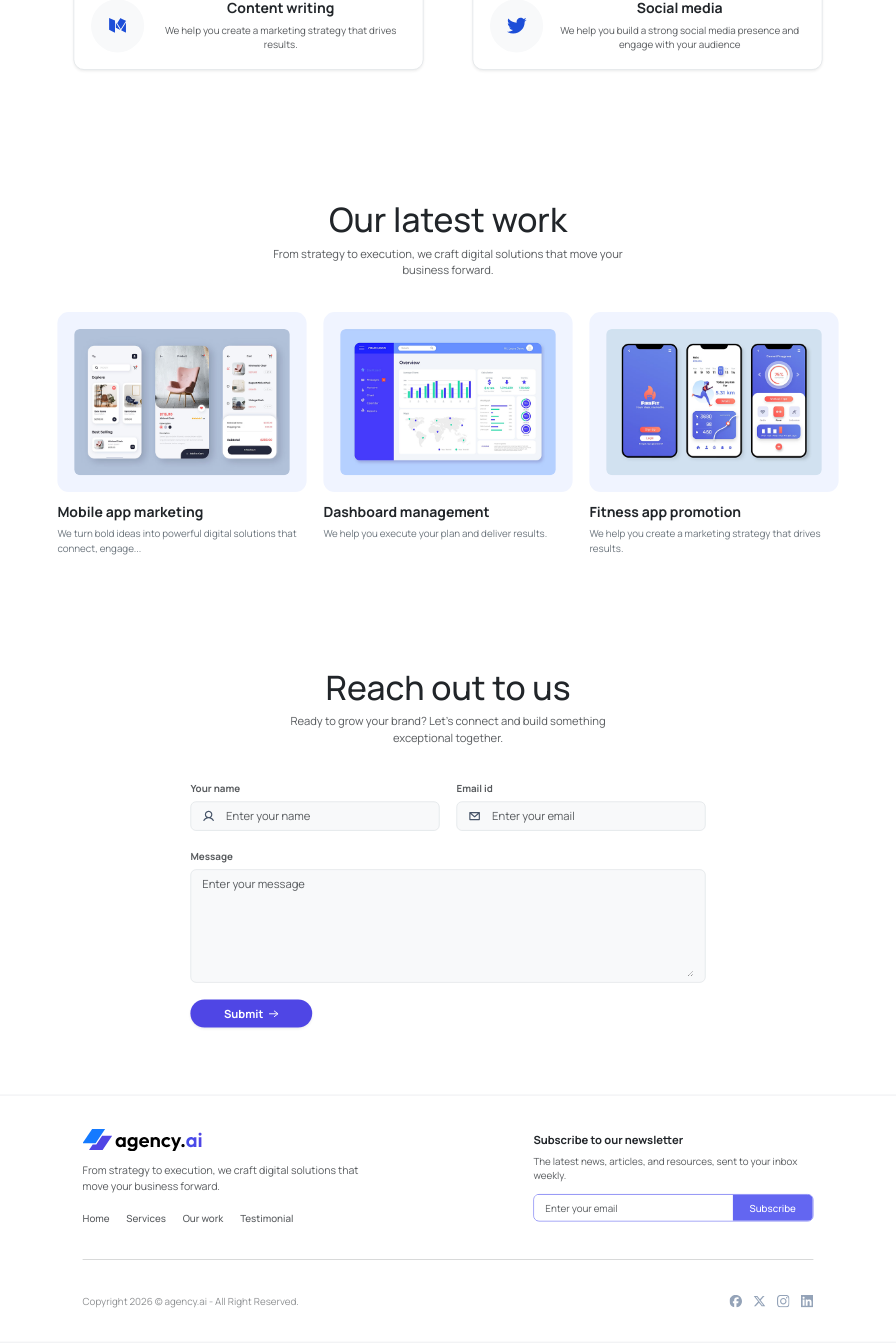
Repository: RAMADAN975/modern-agency-portfolio
Page: /
An editor plug-in stored every save of this project. The page is shown before and after the next save, followed by the edit.
The browser window is 1280 px wide. The pictures show the part of the page from y = 1677 to 3597 px (the page is 3595 px tall before and 3597 px after), at 70% of full size.
The project was rebuilt for these pictures with package versions that can differ from the ones it lists, and the page was loaded fresh each time. Also part of the build but not shown: vite.config.js.

Above is the page before, as saved 2026-03-24 23:37:36.

### index.html
<!doctype html>
<html lang="en" class="scroll-smooth">

<head>
  <meta charset="UTF-8" />
  <link rel="icon" type="image/svg+xml" href="/favicon.svg" />
  <meta name="viewport" content="width=device-width, initial-scale=1.0" />
  <title>Agency.AI - GreatStack</title>
</head>

<body>
  <div id="root"></div>
  <script type="module" src="/src/main.jsx"></script>
</body>

</html>

### src/main.jsx
import { StrictMode } from 'react'
import { createRoot } from 'react-dom/client'
import 'bootstrap/dist/css/bootstrap.min.css';
import './index.css'
import App from './App.jsx'

createRoot(document.getElementById('root')).render(
  <StrictMode>
    <App />
  </StrictMode>,
)

### src/App.jsx
import { useState } from 'react'
import Navbar from './Components/navbar'
import Hero from './Components/Hero'
import TrustedBy from './Components/TrustedBy'
import Services from './Components/Services'
import OutWork from './Components/OurWork'
import ContactUs from './Components/ContactUs'
import { Toaster } from 'react-hot-toast'
import Footer from './Components/Footer'

const App = () => {

  const [theme, setTheme] = useState(localStorage.getItem('theme') ? localStorage.getItem('theme') : 'light')

  return (
    <div className='dark:bg-black relative'>
      <Toaster />
      <Navbar theme={theme} setTheme={setTheme} />
      <Hero />
      <TrustedBy />
      <Services />
      <OutWork />
      <ContactUs />
      <Footer theme={theme} />
    </div>
  )
}

export default App

### src/Components/Hero.jsx
import React from 'react'
import assets from '../assets/assets'

const Hero = () => {
    return (
        // تم استخدام d-flex flex-column للترتيب، و py-5 للمسافات
        <div id='hero' className="d-flex flex-column align-items-center gap-4 py-5 px-3 text-center w-100 overflow-hidden text-secondary">

            {/* الشارة العليا - Trusted Badge */}
            <div className="d-inline-flex align-items-center gap-2 border border-secondary-subtle p-1 pe-3 rounded-pill bg-body">
                <img style={{ width: '80px' }} src={assets.group_profile} alt="" />
                <p className="mb-0 small fw-medium">Trusted by 10k+ people</p>
            </div>

            {/* العنوان الرئيسي - Heading */}
            <h1 className="display-4 fw-bold lh-sm mt-3" style={{ maxWidth: '800px' }}>
                Turning imagination into <br />
                <span className="text-gradient">digital</span> impact.
            </h1>

            {/* الوصف - Description */}
            <p className="text-secondary fw-medium mx-auto pb-3" style={{ maxWidth: '500px', fontSize: '1.1rem' }}>
                Creating meaningful connections and turning big ideas into interactive digital experiences.
            </p>

            {/* منطقة الصور - Image Section */}
            <div className="position-relative w-100 d-flex justify-content-center">
                {/* الصورة الأساسية */}
                <img src={assets.hero_img} alt="Hero" className="img-fluid position-relative z-1" style={{ maxWidth: '1000px' }} />

                {/* الصورة الزرقاء (الخلفية) - تم استخدام اختصارات الموضع */}
                {/* <img
                    src={assets.bgImage1}
                    alt=""
                    className="position-absolute top-0 end-0 translate-middle-y z-n1 d-none d-md-block"
                    style={{ width: '50%', opacity: 0.6, right: '-10%', pointerEvents: 'none' }}
                /> */}
            </div>

        </div>
    )
}

export default Hero

### src/Components/TrustedBy.jsx
import React from 'react'
import { company_logos } from '../assets/assets'

const TrustedBy = () => {
    return (
        <div className="container text-center py-5 mt-4">
            {/* p-small و fw-medium لاختصار العنوان */}
            <p className="text-secondary mb-5" style={{ fontSize: '14px', letterSpacing: '0.5px' }}>
                Trusted by Leading Companies
            </p>

            {/* d-flex مع gap-5 لتوزيع الشعارات بوضوح وقوة لون كاملة */}
            <div className="d-flex flex-wrap justify-content-center align-items-center gap-4 gap-md-5">
                {company_logos.map((logo, index) => (
                    <img
                        key={index}
                        src={logo}
                        alt="brand"
                        style={{ height: '22px', width: 'auto', objectFit: 'contain' }}
                    />
                ))}
            </div>
        </div>
    )
}

export default TrustedBy

### src/Components/Services.jsx
import React from 'react'
import assets from '../assets/assets'
import Title from './Title'
import ServiceCard from './ServiceCard'

const Services = () => {

    const servicesData = [
        {
            title: 'Advertising',
            description: 'We turn bold ideas into powerful digital solutions that connect, engage...',
            icon: assets.ads_icon
        },
        {
            title: 'Content marketing',
            description: 'We help you execute your plan and deliver results.',
            icon: assets.marketing_icon
        },
        {
            title: 'Content writing',
            description: 'We help you create a marketing strategy that drives results.',
            icon: assets.content_icon
        },
        {
            title: 'Social media',
            description: 'We help you build a strong social media presence and engage with your audience',
            icon: assets.social_icon
        },
    ]

    return (
        <div id="services" className="position-relative text-center text-dark py-5">

            {/* <img
                src={assets.bgImage2}
                alt=""
                className="position-absolute top-50 start-50 translate-middle bg-image"
                style={{ zIndex: -1 }}
            /> */}

            <div className="container">

                <Title
                    title="How can we help?"
                    desc="From strategy to execution, we craft digital solutions that move your business forward."
                />

                <div className="row justify-content-center mt-4">
                    {servicesData.map((service, index) => (
                        <div key={index} className="col-12 col-md-6 mb-4">
                            <ServiceCard service={service} index={index} />
                        </div>
                    ))}
                </div>

            </div>
        </div>
    )
}

export default Services

### src/Components/Footer.jsx
import React from 'react'
import assets from '../assets/assets'

const Footer = ({ theme }) => {
    const isDark = theme === 'dark';

    return (
        // الخلفية الرئيسية للفوتر مع حدود علوية وسفلية واضحة
        <div className={`container-fluid py-5 mt-5 ${isDark ? 'bg-dark text-white' : 'bg-white text-dark'}`}
            style={{
                borderTop: `1px solid ${isDark ? '#333' : '#e5e7eb'}`,
                borderBottom: `1px solid ${isDark ? '#333' : '#e5e7eb'}`
            }}>

            <div className="container px-md-5">
                {/* الجزء العلوي: توزيع متوازن وليس متباعداً جداً */}
                <div className="row gy-4 align-items-center justify-content-between">

                    {/* الجانب الأيسر: اللوجو والروابط */}
                    <div className="col-lg-6">
                        <img
                            src={isDark ? assets.logo_dark : assets.logo}
                            alt="logo"
                            className="mb-3"
                            style={{ height: '32px' }}
                        />
                        <p className="opacity-75 mb-4" style={{ maxWidth: '420px', fontSize: '15px' }}>
                            From strategy to execution, we craft digital solutions that move your business forward.
                        </p>

                        <div className="d-flex gap-4">
                            {['Home', 'Services', 'Our work', 'Testimonial'].map((item) => (
                                <a key={item} href={`#${item.toLowerCase().replace(' ', '-')}`}
                                    className="text-decoration-none text-reset opacity-75 small fw-medium">
                                    {item}
                                </a>
                            ))}
                        </div>
                    </div>

                    {/* الجانب الأيمن: حقل الاشتراك (الحدود واللون اللبني) */}
                    <div className="col-lg-5">
                        <div className="d-flex flex-column align-items-lg-end">
                            <div className="text-lg-start w-100" style={{ maxWidth: '400px' }}>
                                <h6 className="fw-bold mb-2">Subscribe to our newsletter</h6>
                                <p className="opacity-75 small mb-3">The latest news, articles, and resources, sent to your inbox weekly.</p>

                                {/* حقل الإدخال مع حدود ملونة بنفس لون الزر */}
                                <div className="input-group overflow-hidden"
                                    style={{
                                        borderRadius: '8px',
                                        border: '1px solid #6366f1' // الحدود اللبنية الملونة
                                    }}>
                                    <input
                                        type="email"
                                        placeholder="Enter your email"
                                        className={`form-control border-0 shadow-none py-2 px-3 ${isDark ? 'bg-transparent text-white' : ''}`}
                                        style={{ fontSize: '14px' }}
                                    />
                                    <button
                                        className="btn px-4 fw-medium text-white border-0"
                                        style={{
                                            backgroundColor: '#6366f1', // اللون اللبني المائل للبنفسجي
                                            fontSize: '14px'
                                        }}
                                    >
                                        Subscribe
                                    </button>
                                </div>
                            </div>
                        </div>
                    </div>
                </div>

                {/* خط فاصل داخلي رفيع */}
                <hr className="my-5 opacity-10" />

                {/* الجزء السفلي: الحقوق والسوشيال ميديا */}
                <div className="d-flex flex-column flex-md-row justify-content-between align-items-center gap-3">
                    <p className="small opacity-50 mb-0">
                        Copyright 2026 © agency.ai - All Right Reserved.
                    </p>

                    <div className="d-flex gap-3">
                        {[assets.facebook_icon, assets.twitter_icon, assets.instagram_icon, assets.linkedin_icon].map((icon, i) => (
                            <img
                                key={i} src={icon} alt="social" className="opacity-50"
                                style={{
                                    width: '18px',
                                    filter: isDark ? 'brightness(0) invert(1)' : 'none'
                                }}
                            />
                        ))}
                    </div>
                </div>
            </div>
        </div>
    )
}

export default Footer;

### src/Components/ThemeToggleBtn.jsx
import { useEffect } from 'react'
import assets from '../assets/assets'

const ThemeToggleBtn = ({ theme, setTheme }) => {

    useEffect(() => {
        // التحقق من التفضيل المحفوظ أو تفضيل النظام
        const savedTheme = localStorage.getItem('theme');
        const prefersDarkMode = window.matchMedia('(prefers-color-scheme: dark)').matches;

        const initialTheme = savedTheme || (prefersDarkMode ? 'dark' : 'light');
        setTheme(initialTheme);
    }, []);

    useEffect(() => {
        if (theme) {
            // بوتستراب v5.3 يعتمد على سمة data-bs-theme بدلاً من كلاس dark
            document.documentElement.setAttribute('data-bs-theme', theme);

            // للحفاظ على التوافق مع أي تنسيقات قديمة تعتمد على الكلاس
            if (theme === 'dark') {
                document.documentElement.classList.add('dark');
            } else {
                document.documentElement.classList.remove('dark');
            }

            localStorage.setItem('theme', theme);
        }
    }, [theme]);

    return (
        <button className="btn p-0 border-0 shadow-none" type="button">
            {theme === 'dark' ? (
                <img
                    onClick={() => setTheme('light')}
                    src={assets.sun_icon}
                    className="border border-secondary rounded-circle p-1"
                    style={{ width: '34px', height: '34px', objectFit: 'contain' }}
                    alt="Light Mode"
                />
            ) : (
                <img
                    onClick={() => setTheme('dark')}
                    src={assets.moon_icon}
                    className="border border-secondary rounded-circle p-1"
                    style={{ width: '34px', height: '34px', objectFit: 'contain' }}
                    alt="Dark Mode"
                />
            )}
        </button>
    )
}

export default ThemeToggleBtn;

### src/Components/Title.jsx
import React from 'react'

const Title = ({ title, desc }) => {
    return (
        <div className="text-center">
            <h2 className="fw-medium display-5">{title}</h2>
            <p className="mx-auto text-muted mb-4" style={{ maxWidth: "500px" }}>
                {desc}
            </p>
        </div>
    )
}

export default Title

### src/Components/ServiceCard.jsx
import React, { useRef, useState } from 'react'

const ServiceCard = ({ service, index }) => {

    const [position, setPosition] = useState({ x: 0, y: 0 })
    const [visible, setVisible] = useState(false)

    const divRef = useRef(null)

    const handleMouseMove = (e) => {
        const bounds = divRef.current.getBoundingClientRect()
        setPosition({
            x: e.clientX - bounds.left,
            y: e.clientY - bounds.top
        })
    }

    return (
        <div
            className="position-relative overflow-hidden card shadow-sm border mb-3 mx-auto"
            style={{ maxWidth: "500px", borderRadius: "15px" }}
            onMouseEnter={() => setVisible(true)}
            onMouseLeave={() => setVisible(false)}
            onMouseMove={handleMouseMove}
            ref={divRef}
        >

            {/* Glow Effect */}
            <div
                className="position-absolute rounded-circle"
                style={{
                    width: "300px",
                    height: "300px",
                    background: "linear-gradient(to right, #0d6efd, #6610f2, #6f42c1)",
                    filter: "blur(100px)",
                    top: position.y - 150,
                    left: position.x - 150,
                    opacity: visible ? 0.6 : 0,
                    transition: "opacity 0.5s",
                    zIndex: 0
                }}
            />

            <div className="d-flex align-items-center p-4 position-relative" style={{ zIndex: 1 }}>

                <div className="bg-light rounded-circle p-2 me-3">
                    <img
                        src={service.icon}
                        alt=""
                        style={{ width: "60px", height: "60px", borderRadius: "50%" }}
                    />
                </div>

                <div className="flex-grow-1">
                    <h5 className="fw-bold">{service.title}</h5>
                    <p className="mb-0 small text-muted">{service.description}</p>
                </div>

            </div>

        </div>
    )
}

export default ServiceCard

Loaded but not shown: src/assets/assets.js (82 lines, source omitted); src/Components/ContactUs.jsx (77 lines, source omitted); src/index.css (139 lines, source omitted); src/Components/navbar.jsx (57 lines, source omitted); src/Components/OurWork.jsx (62 lines, source omitted)

After the next save:
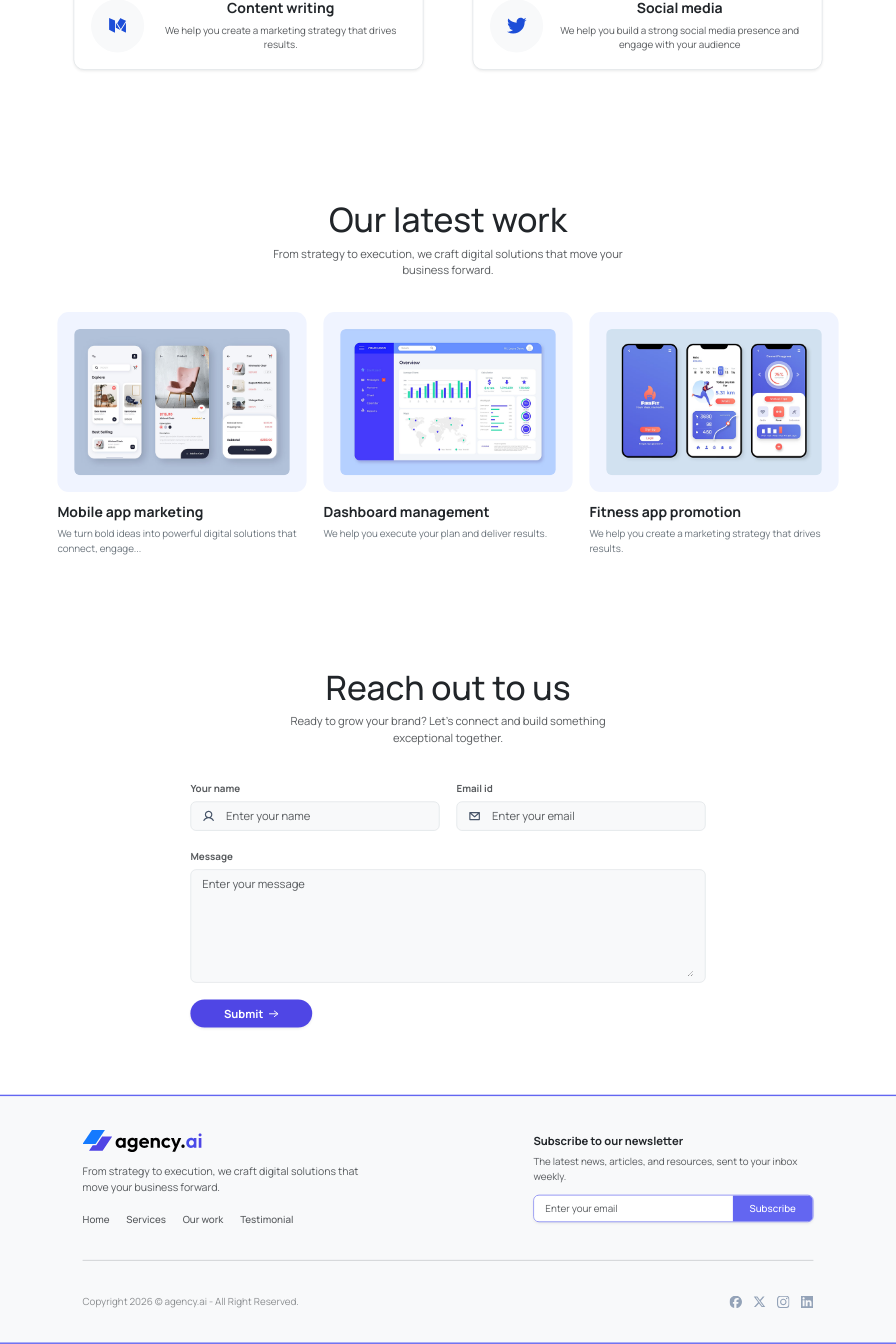
Saved 56 s later.
--- a/src/Components/Footer.jsx
+++ b/src/Components/Footer.jsx
@@ -4,20 +4,24 @@
 const Footer = ({ theme }) => {
     const isDark = theme === 'dark';
 
+    // الألوان بناءً على طلبك (لون خلفية ولون حدود)
+    const bgColor = isDark ? '#0f172a' : '#f8f9fa'; // لون خلفية مخصص للفوتر
+    const borderColor = '#6366f1'; // اللون اللبني/البنفسجي للحدود والزر
+
     return (
-        // الخلفية الرئيسية للفوتر مع حدود علوية وسفلية واضحة
-        <div className={`container-fluid py-5 mt-5 ${isDark ? 'bg-dark text-white' : 'bg-white text-dark'}`}
+        // هنا وضعنا لون الخلفية والحدود للقسم بالكامل
+        <footer className={`container-fluid py-5 mt-5 ${isDark ? 'text-white' : 'text-dark'}`}
             style={{
-                borderTop: `1px solid ${isDark ? '#333' : '#e5e7eb'}`,
-                borderBottom: `1px solid ${isDark ? '#333' : '#e5e7eb'}`
+                backgroundColor: bgColor,
+                borderTop: `2px solid ${borderColor}`, // حدود علوية ملونة
+                borderBottom: `2px solid ${borderColor}` // حدود سفلية ملونة
             }}>
 
             <div className="container px-md-5">
-                {/* الجزء العلوي: توزيع متوازن وليس متباعداً جداً */}
                 <div className="row gy-4 align-items-center justify-content-between">
 
                     {/* الجانب الأيسر: اللوجو والروابط */}
-                    <div className="col-lg-6">
+                    <div className="col-lg-6 text-start">
                         <img
                             src={isDark ? assets.logo_dark : assets.logo}
                             alt="logo"
@@ -28,7 +32,7 @@
                             From strategy to execution, we craft digital solutions that move your business forward.
                         </p>
 
-                        <div className="d-flex gap-4">
+                        <div className="d-flex gap-4 flex-wrap">
                             {['Home', 'Services', 'Our work', 'Testimonial'].map((item) => (
                                 <a key={item} href={`#${item.toLowerCase().replace(' ', '-')}`}
                                     className="text-decoration-none text-reset opacity-75 small fw-medium">
@@ -38,31 +42,25 @@
                         </div>
                     </div>
 
-                    {/* الجانب الأيمن: حقل الاشتراك (الحدود واللون اللبني) */}
+                    {/* الجانب الأيمن: حقل الاشتراك باللون والحدود */}
                     <div className="col-lg-5">
                         <div className="d-flex flex-column align-items-lg-end">
-                            <div className="text-lg-start w-100" style={{ maxWidth: '400px' }}>
+                            <div className="w-100" style={{ maxWidth: '400px' }}>
                                 <h6 className="fw-bold mb-2">Subscribe to our newsletter</h6>
                                 <p className="opacity-75 small mb-3">The latest news, articles, and resources, sent to your inbox weekly.</p>
 
-                                {/* حقل الإدخال مع حدود ملونة بنفس لون الزر */}
-                                <div className="input-group overflow-hidden"
-                                    style={{
-                                        borderRadius: '8px',
-                                        border: '1px solid #6366f1' // الحدود اللبنية الملونة
-                                    }}>
+                                {/* حقل الاشتراك مع حدود ملونة */}
+                                <div className="input-group overflow-hidden shadow-sm"
+                                    style={{ borderRadius: '8px', border: `1px solid ${borderColor}` }}>
                                     <input
                                         type="email"
                                         placeholder="Enter your email"
-                                        className={`form-control border-0 shadow-none py-2 px-3 ${isDark ? 'bg-transparent text-white' : ''}`}
+                                        className={`form-control border-0 shadow-none py-2 px-3 ${isDark ? 'bg-transparent text-white' : 'bg-white'}`}
                                         style={{ fontSize: '14px' }}
                                     />
                                     <button
                                         className="btn px-4 fw-medium text-white border-0"
-                                        style={{
-                                            backgroundColor: '#6366f1', // اللون اللبني المائل للبنفسجي
-                                            fontSize: '14px'
-                                        }}
+                                        style={{ backgroundColor: borderColor, fontSize: '14px' }}
                                     >
                                         Subscribe
                                     </button>
@@ -72,7 +70,7 @@
                     </div>
                 </div>
 
-                {/* خط فاصل داخلي رفيع */}
+                {/* خط فاصل ناعم */}
                 <hr className="my-5 opacity-10" />
 
                 {/* الجزء السفلي: الحقوق والسوشيال ميديا */}
@@ -85,16 +83,13 @@
                         {[assets.facebook_icon, assets.twitter_icon, assets.instagram_icon, assets.linkedin_icon].map((icon, i) => (
                             <img
                                 key={i} src={icon} alt="social" className="opacity-50"
-                                style={{
-                                    width: '18px',
-                                    filter: isDark ? 'brightness(0) invert(1)' : 'none'
-                                }}
+                                style={{ width: '18px', filter: isDark ? 'brightness(0) invert(1)' : 'none' }}
                             />
                         ))}
                     </div>
                 </div>
             </div>
-        </div>
+        </footer>
     )
 }
 
